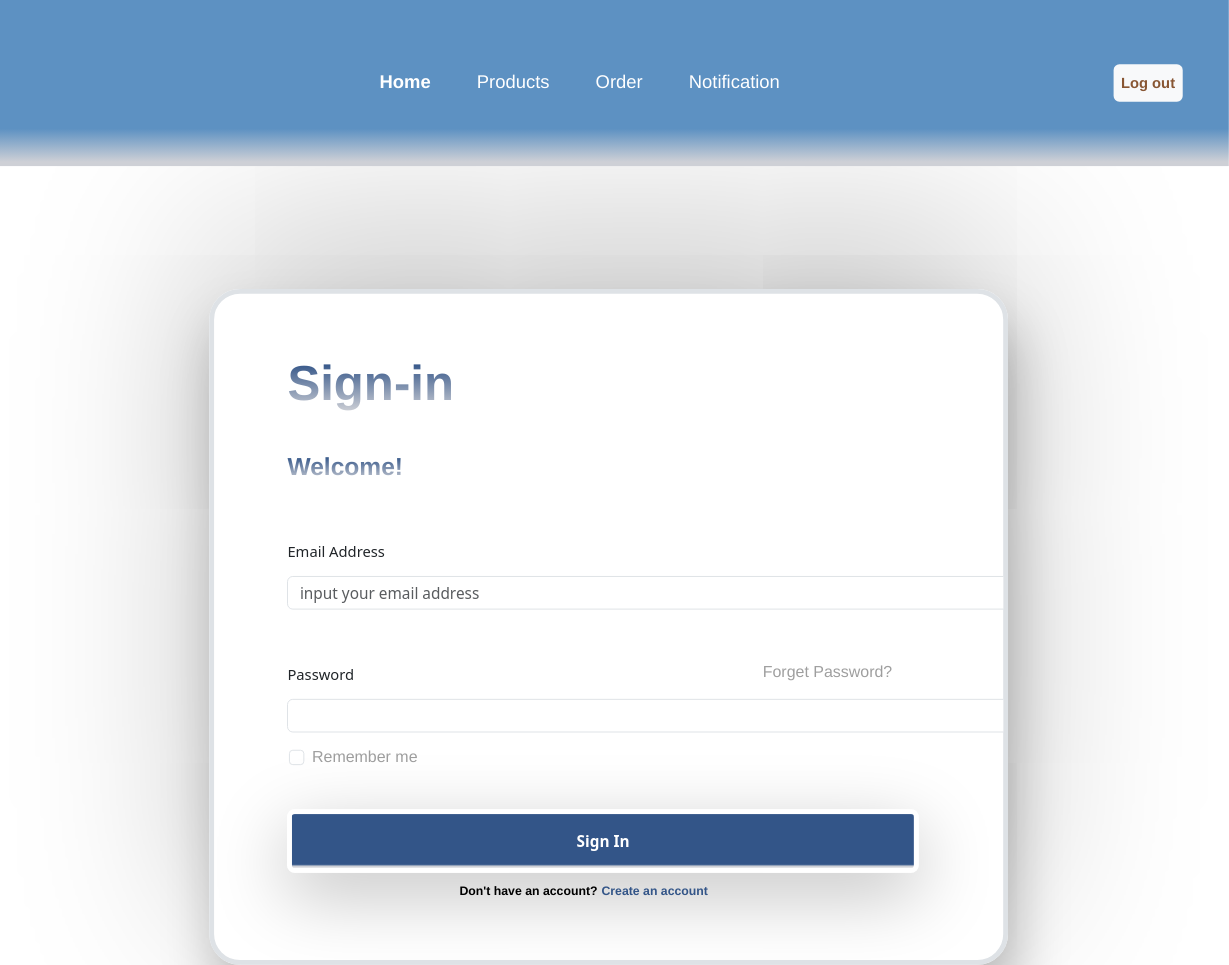
Repository: OVictor21/inventory
Page: /
An editor plug-in stored every save of this project. The page is shown before and after a run of saves, followed by the edit.
The browser window is 1280 px wide. The pictures show the whole page, at 96% of full size.
The project was rebuilt for these pictures with package versions that can differ from the ones it lists, and the page was loaded fresh each time.

Above is the page before, as saved 2024-12-14 04:14:46.

After the next 3 saves:
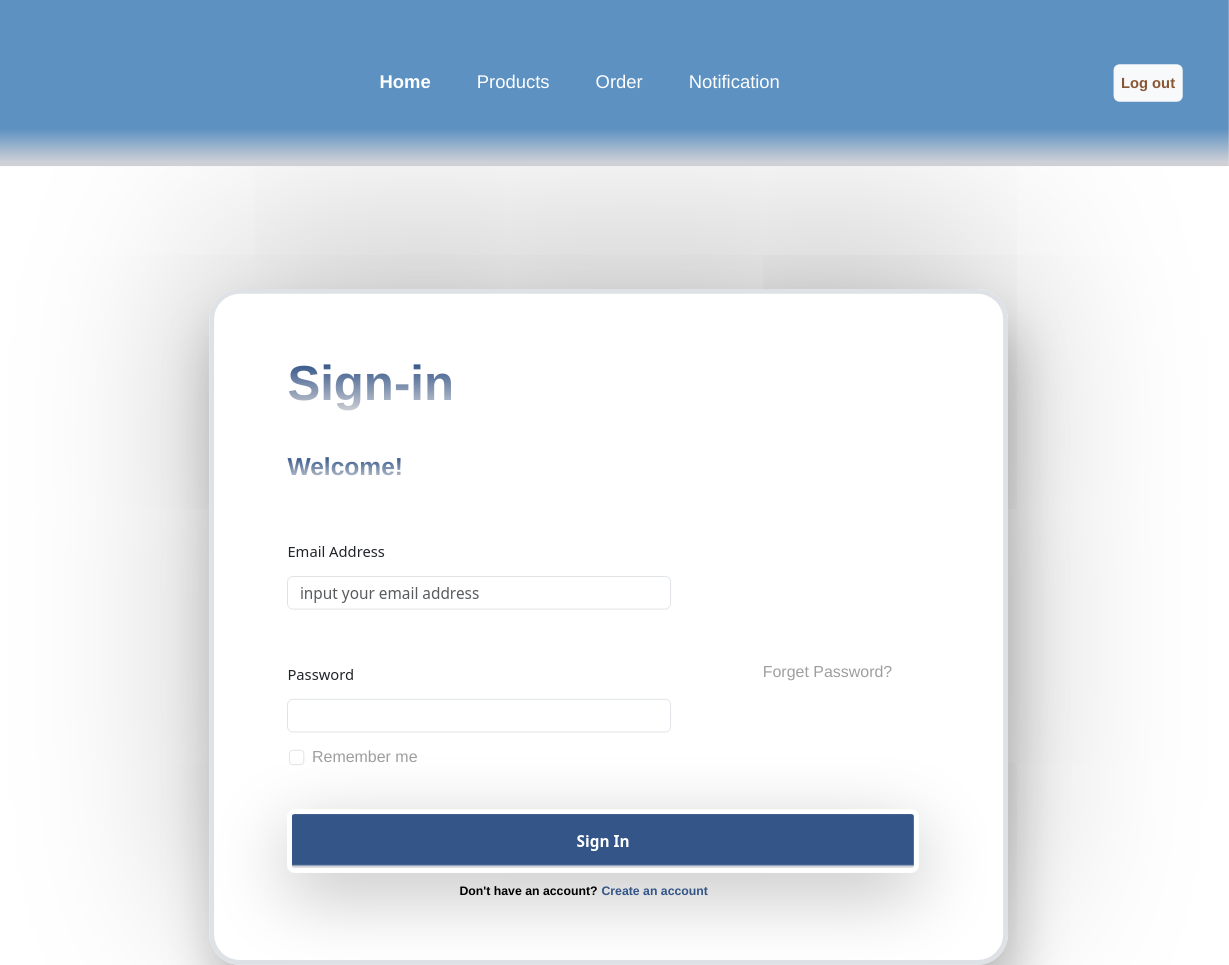
The 3 saves are shown as one change because they came seconds apart.
The last was saved 9 s later.
--- a/src/index.css
+++ b/src/index.css
@@ -110,6 +110,7 @@
 }
 .email-in, .pass-in {
   width: 80%;  /* Example with percentage width */
+  max-width: 400px;
   box-sizing: border-box;  /* Include padding and border in width */
 }
 .pass-in{

After the save that followed:
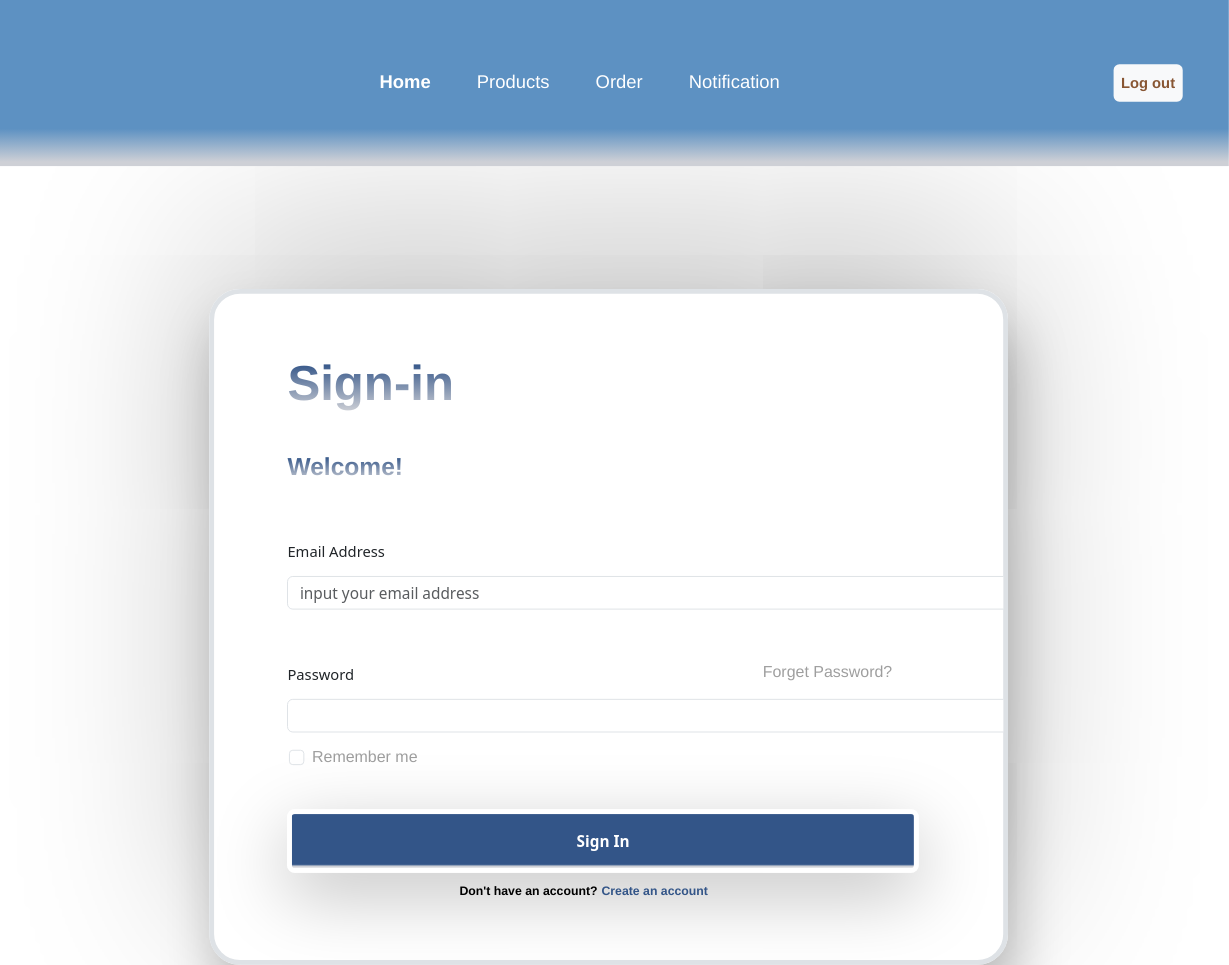
Saved 8 s later.
--- a/src/index.css
+++ b/src/index.css
@@ -110,7 +110,7 @@
 }
 .email-in, .pass-in {
   width: 80%;  /* Example with percentage width */
-  max-width: 400px;
+  max-width: 400vw;
   box-sizing: border-box;  /* Include padding and border in width */
 }
 .pass-in{
